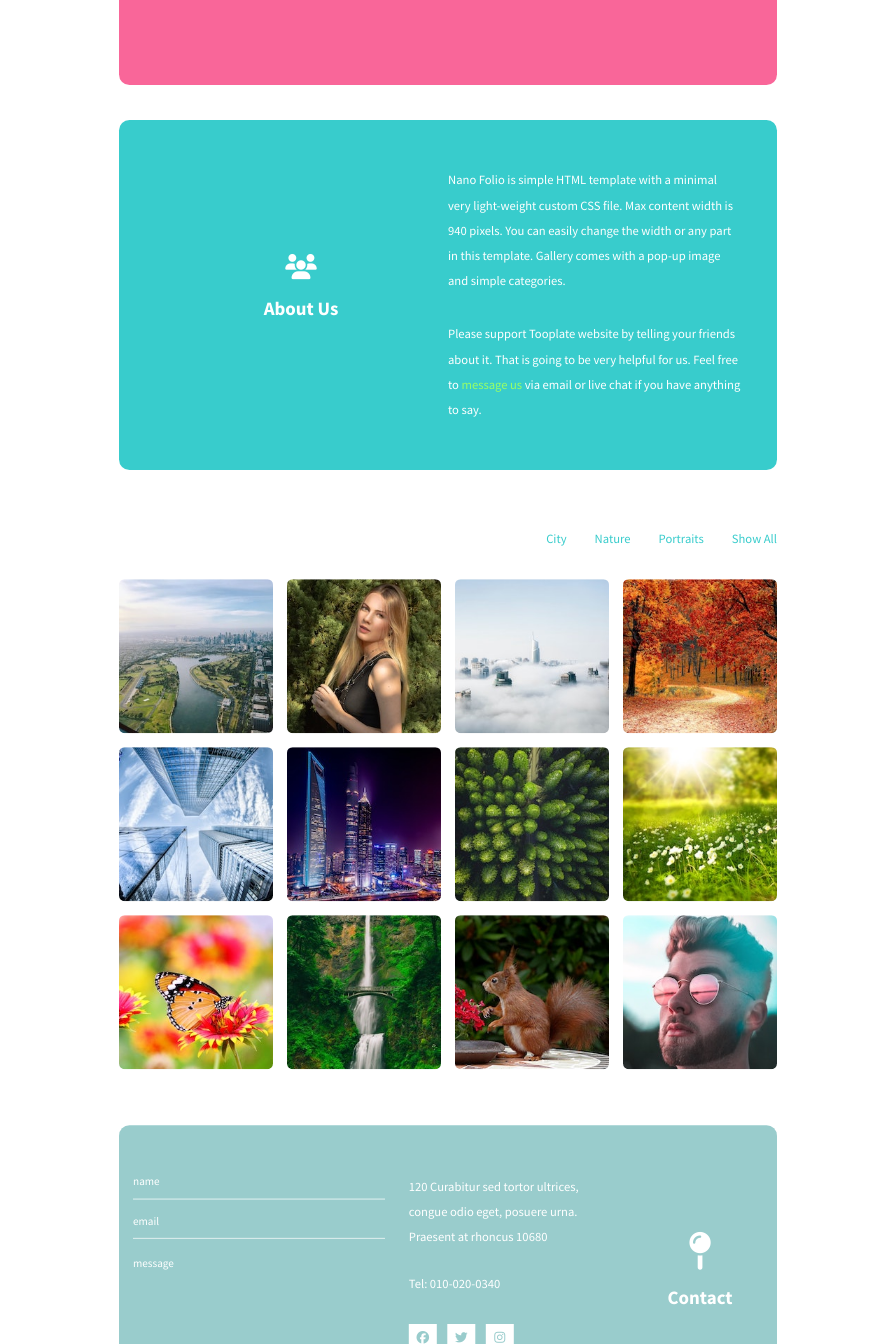
Repository: BuiVanVu102/Tooplate
Page: index.html
These files come from the project's save history. The page is drawn as it stood at one moment and after the next save; the edit follows.
The browser window is 1280 px wide. The pictures show the part of the page from y = 409 to 2329 px (the page is 2600 px tall before and 2582 px after), at 70% of full size.
Some web libraries are served in a nearby version. The style sheet was rebuilt from its Sass, Less or Tailwind sources for each picture, by a compiler version that may differ from the author's.

Above is the page before, as saved 2021-11-17 11:42:57.

After the next save:
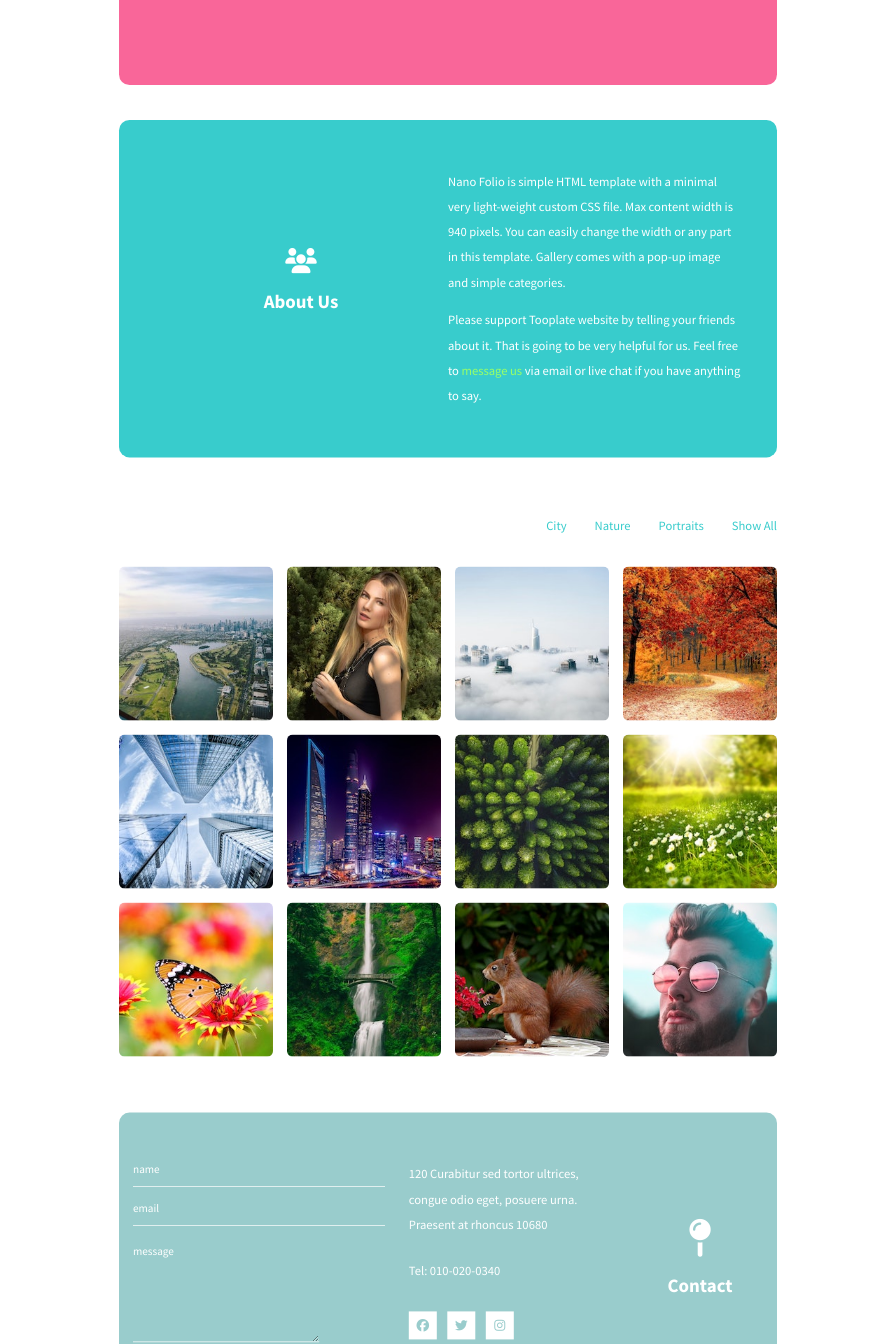
Saved 2 min 5 s later.
--- a/sass/_about.scss
+++ b/sass/_about.scss
@@ -40,20 +40,15 @@
 		display: flex;
 	}
 	&__typography1 {
+		margin: 18px 0 40px;
 
-		display: block;
-		margin: 18px 0 40px;
-		font: 18px;
-
-
-
-
+		margin-block-start: 1em;
+		margin-block-end: 1em;
+		margin-inline-start: 0px;
+		margin-inline-end: 0px;
 	}
 	&__typography2 {
-
-		display: block;
 		margin: 18px 0 0;
-		font: 18px;
 
 		margin-block-start: 1em;
 		margin-block-end: 1em;
